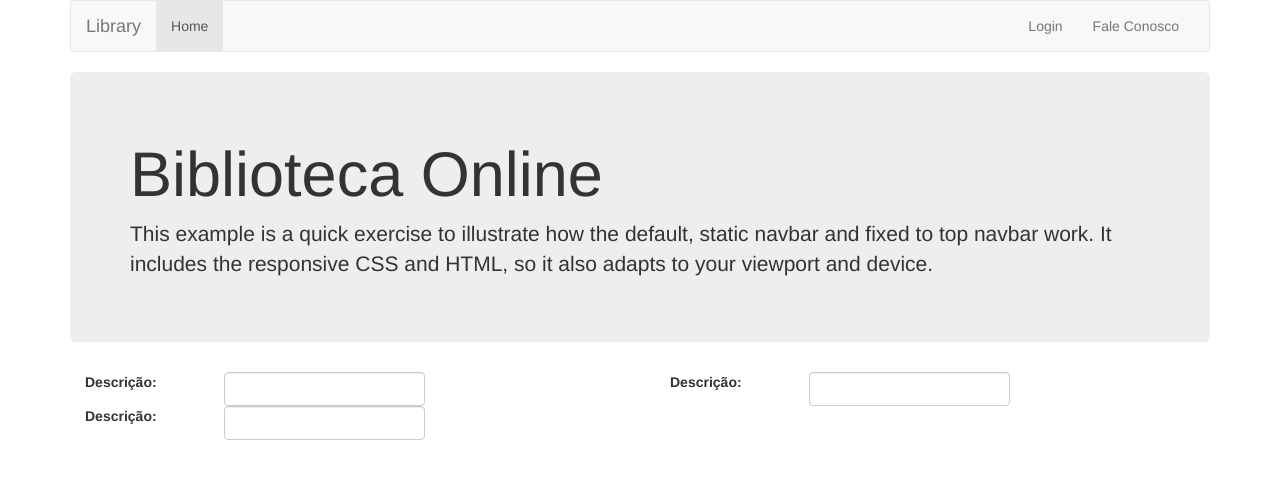
Repository: stefanyco/biblioteca
Page: http://localhost/Biblioteca/cabecalho.jsp
The author's editor kept a copy of each file at every save. The page is drawn from the files as they stood at one save, then again after the next save.
The browser window is 1280 px wide. The pictures show the whole page.
The page is served by Tomcat 9. Other server files are loaded and not shown.

Above is the page before, as saved 2016-11-08 21:42:38.

### Sistema Biblioteca/Biblioteca/WebContent/cabecalho.jsp
<%@ page language="java" contentType="text/html; charset=ISO-8859-1"
	pageEncoding="ISO-8859-1"%>
<!DOCTYPE html PUBLIC "-//W3C//DTD HTML 4.01 Transitional//EN" "http://www.w3.org/TR/html4/loose.dtd">
<html>
<head>
<meta http-equiv="Content-Type" content="text/html; charset=ISO-8859-1">
<link href="bootstrap.min.css" rel="stylesheet">
</head>
<body>

	<div class="container">

		<!-- Static navbar -->
		<nav class="navbar navbar-default">
		<div class="container-fluid">
			<div class="navbar-header">
				<a class="navbar-brand" href="#">Library</a>
			</div>
			<div id="navbar" class="navbar-collapse collapse">
				<ul class="nav navbar-nav">
					<li class="active"><a href="#">Home</a></li>
				</ul>
				<ul class="nav navbar-nav navbar-right">
					<li><a href="login.jsp">Login</a></li>
					<li><a href="contato.jsp">Fale Conosco</a></li>
				</ul>
			</div>
			<!--/.nav-collapse -->
		</div>
		<!--/.container-fluid --> </nav>

		<!-- Main component for a primary marketing message or call to action -->
		<div class="jumbotron">
			<h1>Biblioteca Online</h1>
			<p>This example is a quick exercise to illustrate how the
				default, static navbar and fixed to top navbar work. It includes the
				responsive CSS and HTML, so it also adapts to your viewport and
				device.</p>
		</div>

	</div>
	<!-- /container -->
	<div class="container">
		<div class="row">
			 <div class="col-md-6">
			 	<div class="form-group">
						<label for="nome" class="col-xs-3 control-label">Descrição:</label>
						<div class="col-xs-5">
							<input type="text" class="form-control" name="nome" required maxlength="50">
						</div>
					</div>
			 </div>
			  <div class="col-md-6">
			 	<div class="form-group">
						<label for="nome" class="col-xs-3 control-label">Descrição:</label>
						<div class="col-xs-5">
							<input type="text" class="form-control" name="nome" required maxlength="50">
						</div>
					</div>
			 </div>
			  <div class="col-md-6">
			 	<div class="form-group">
						<label for="nome" class="col-xs-3 control-label">Descrição:</label>
						<div class="col-xs-5">
							<input type="text" class="form-control" name="nome" required maxlength="50">
						</div>
					</div>
			 </div>
		</div>
	</div>

</body>
</html>

Loaded but not shown: Sistema Biblioteca/Biblioteca/WebContent/bootstrap.min.css (library)

After the next save:
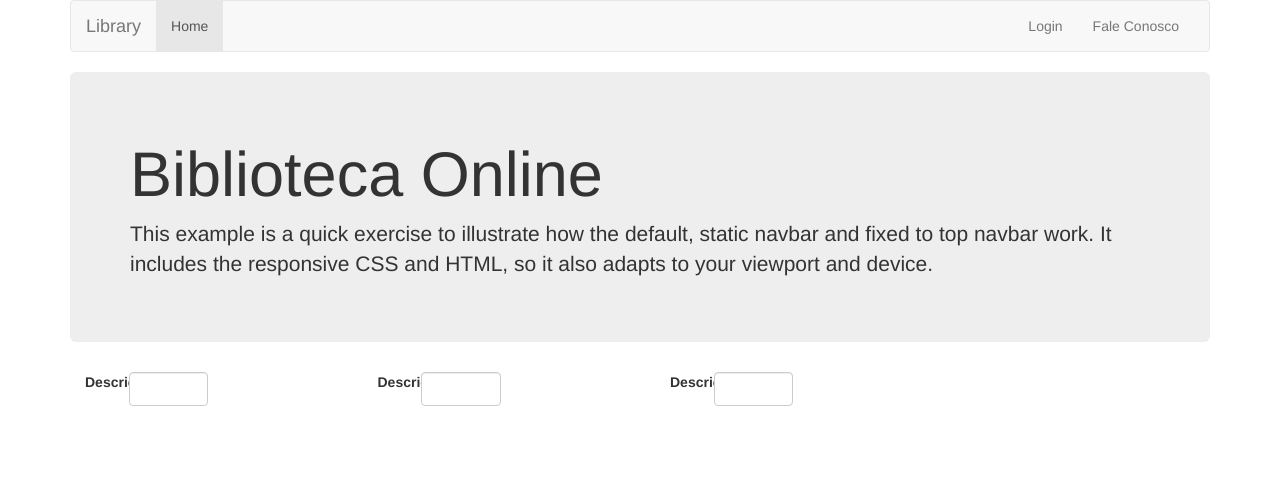
Saved 20 s later.
--- a/Sistema Biblioteca/Biblioteca/WebContent/cabecalho.jsp
+++ b/Sistema Biblioteca/Biblioteca/WebContent/cabecalho.jsp
@@ -42,25 +42,25 @@
 	<!-- /container -->
 	<div class="container">
 		<div class="row">
-			 <div class="col-md-6">
+			 <div class="col-md-3">
 			 	<div class="form-group">
-						<label for="nome" class="col-xs-3 control-label">Descrição:</label>
+						<label for="nome" class="col-xs-2 control-label">Descrição:</label>
 						<div class="col-xs-5">
 							<input type="text" class="form-control" name="nome" required maxlength="50">
 						</div>
 					</div>
 			 </div>
-			  <div class="col-md-6">
+			  <div class="col-md-3">
 			 	<div class="form-group">
-						<label for="nome" class="col-xs-3 control-label">Descrição:</label>
+						<label for="nome" class="col-xs-2 control-label">Descrição:</label>
 						<div class="col-xs-5">
 							<input type="text" class="form-control" name="nome" required maxlength="50">
 						</div>
 					</div>
 			 </div>
-			  <div class="col-md-6">
+			  <div class="col-md-3">
 			 	<div class="form-group">
-						<label for="nome" class="col-xs-3 control-label">Descrição:</label>
+						<label for="nome" class="col-xs-2 control-label">Descrição:</label>
 						<div class="col-xs-5">
 							<input type="text" class="form-control" name="nome" required maxlength="50">
 						</div>
